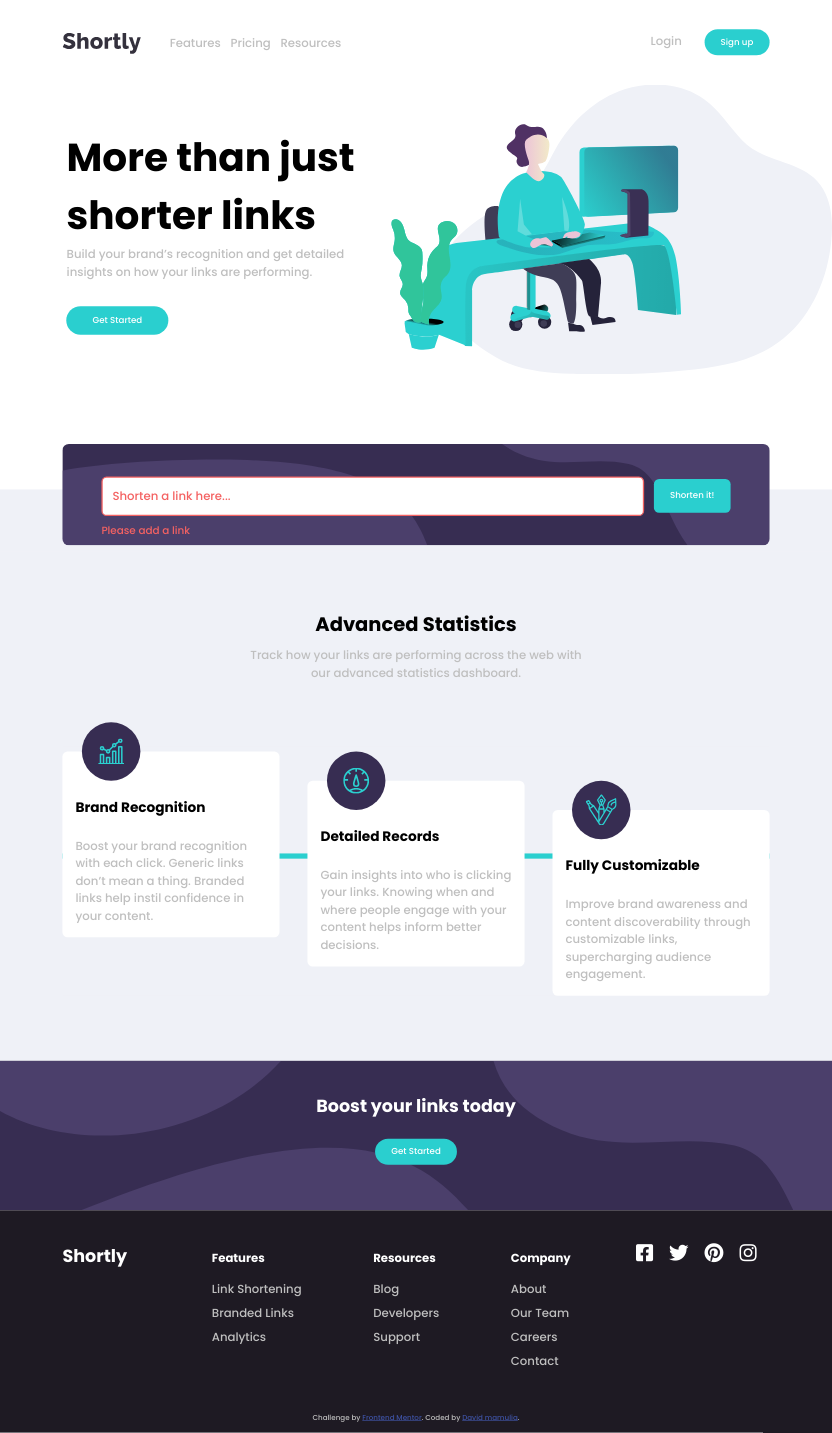
Repository: mamulini/URL-shortener
Page: index.html
These files come from the project's save history. The page is drawn as it stood at one moment and after the next save; the edit follows.
The browser window is 1280 px wide. The pictures show the whole page, at 65% of full size.
Some web libraries are served in a nearby version. The style sheet was rebuilt from its Sass, Less or Tailwind sources for each picture, by a compiler version that may differ from the author's.

Above is the page before, as saved 2020-04-18 14:03:40.

### index.html
<!DOCTYPE html>
<html lang="en">
<head>
  <meta charset="UTF-8">
  <meta name="viewport" content="width=device-width, initial-scale=1.0"> <!-- displays site properly based on user's device -->

  <link rel="icon" type="image/png" sizes="32x32" href="./images/favicon-32x32.png">
  <link rel="stylesheet" href="https://cdnjs.cloudflare.com/ajax/libs/font-awesome/5.13.0/css/all.min.css">
  <link rel="stylesheet" href="./sass/main.css">

  <title>Frontend Mentor | Shortly URL shortening API Challenge</title>

  <!-- Feel free to remove these styles or customise in your own stylesheet 👍 -->

</head>
<body>
  <header class="header container">
    <a href="/" class="header__logo"><img src="./images/logo.svg" alt="logo">
    </a>
    <nav class="nav">
      <ul class="nav__menu">
        <li class="nav__item"><a class="nav__link" href="#">Features</a></li>
        <li class="nav__item"><a class="nav__link" href="#">Pricing</a></li>
        <li class="nav__item"><a class="nav__link" href="#">Resources</a></li>
      </ul>
    </nav>
    <div class="user">
      <a class="user__login" href="#" >Login</a>
      <button class="user__sign-up btn--blue" type="button">Sign up</button>
    </div>

  </header>
  <main class="main">
    <div class="intro">
      <div class="intro__description">
        <h1 class="intro__title">More than just shorter links</h1>
        <p class="intro__subtitle">Build your brand’s recognition and get detailed <br> insights
          on how your links are performing.</p>
        <button class="intro__btn btn--blue">Get Started</button>

      </div>
      <div class="intro__img">
        <img src="./images/illustration-working.svg" alt="image">
      </div>
    </div>
    <div class="shorten ">
      <div class="shorten__handler container">
        <form class="shorten__form">
          <input class="shorten__input" type="url" pattern="https://.*" value="" placeholder="Shorten a link here...">
          <button class="shorten__btn btn--blue" type="button">Shorten it!</button>

        </form>
        <p class="shorten__subtitle">Please add a link</p>
      </div>
      <div class="shorten__links container"></div>
    </div>
    <div class="statistics ">
      <h2 class="statistics__title">Advanced Statistics</h2>
      <p class="statistics__subtitle">Track how your links are performing across the web with our
        advanced statistics dashboard.</p>
      <div class="blocks_wrapper container">
        <hr class="blocks_wrapper__line">
        <div class="block block--1">
          <div class="block__icon">
            <img src="./images/icon-brand-recognition.svg" alt="icon" >
          </div>
          <h3 class="block__title">Brand Recognition</h3>
          <p class="block__subtitle">Boost your brand recognition with each click. Generic links don’t
            mean a thing. Branded links help instil confidence in your content.</p>
        </div>
        <div class="block block--2">
          <div class="block__icon">
            <img src="./images/icon-detailed-records.svg" alt="icon" >
          </div>
          <h3 class="block__title">Detailed Records</h3>
          <p class="block__subtitle">Gain insights into who is clicking your links. Knowing when and where
            people engage with your content helps inform better decisions.</p>
        </div>
        <div class="block block--3">
          <div class="block__icon">
            <img src="./images/icon-fully-customizable.svg" alt="icon" >
          </div>
          <h3 class="block__title">Fully Customizable</h3>
          <p class="block__subtitle">Improve brand awareness and content discoverability through customizable
            links, supercharging audience engagement.</p>
        </div>

      </div>
    </div>
    <div class="link_booster">
      <h2 class="link_booster__title">Boost your links today</h2>
      <button class="link_booster__btn btn--blue">Get Started</button>
    </div>
  </main>
  <div class="footer">
    <div class="footer__wrapper container">
      <h2 class="footer__logo">Shortly</h2>
    <div class="footer__nav-wrapper">
      <h3 class="footer__nav-title">Features</h3>
      <ul class="footer__nav-list">
        <li class="footer__nav-li"><a class="footer__nav-link" href="#">Link Shortening</a></li>
        <li class="footer__nav-li"><a class="footer__nav-link" href="#">Branded Links</a></li>
        <li class="footer__nav-li"><a class="footer__nav-link" href="#">Analytics</a></li>
      </ul>
    </div>
    <div class="footer__nav-wrapper">
      <h3 class="footer__nav-title">Resources</h3>
      <ul class="footer__nav-list">
        <li class="footer__nav-li"><a class="footer__nav-link" href="#">Blog</a></li>
        <li class="footer__nav-li"><a class="footer__nav-link" href="#">Developers</a></li>
        <li class="footer__nav-li"><a class="footer__nav-link" href="#">Support</a></li>
      </ul>
    </div>
    <div class="footer__nav-wrapper">
      <h3 class="footer__nav-title">Company</h3>
      <ul class="footer__nav-list">
        <li class="footer__nav-li"><a class="footer__nav-link" href="#">About</a></li>
        <li class="footer__nav-li"><a class="footer__nav-link" href="#">Our Team</a></li>
        <li class="footer__nav-li"><a class="footer__nav-link" href="#">Careers</a></li>
        <li class="footer__nav-li"><a class="footer__nav-link" href="#">Contact</a></li>
      </ul>
    </div>
    <div class="footer__icons-wrapper">
      <a href="#"><i class="fab fa-facebook-square footer__icon"></i></a>
      <a href="#"><i  class="fab fa-twitter footer__icon"></i></a>
      <a href="#"><i class="fab fa-pinterest footer__icon"></i></a>
      <a href="#"><i class="fab fa-instagram footer__icon"></i></a>
    </div>

    </div>
    <div class="attribution">
      Challenge by <a href="https://www.frontendmentor.io?ref=challenge" target="_blank">Frontend Mentor</a>.
      Coded by <a href="#">David mamulia</a>.
    </div>
  </div>
  <script src="./js/main.js"></script>
</body>
</html>

### JS/main.js
const input = document.querySelector('.shorten__input');
const shortenBtn = document.querySelector('.shorten__btn');

input.addEventListener("focus", () => {
    input.value = "https://";
});

class ShortLinks {
    constructor(url, shortUrl){
        this.url = url;
        this.shortUrl = shortUrl;
    }

    static render(obj){
        const content = `
            <div class="shorten__genarate">
                <span class="shorten__long-link">${obj.url}</span>
                <a class="shorten__short-link" href="${obj.shortUrl}" target="_blank">${obj.shortUrl}</a>
                <button class="shorten__copy btn--blue">Copy</button>
                <span class="shorten__close"><i class="fas fa-window-close"></i></i></span >
            </div>
        `;

        document.querySelector(".shorten__links").insertAdjacentHTML("afterbegin", content);
    }
}


let storedLinks = (JSON.parse(localStorage.getItem("locaLinks")));

if (storedLinks){
    storedLinks.forEach(link => {
        ShortLinks.render(link);
    });
}else{ storedLinks = []; }



shortenBtn.addEventListener("click", () => {
    async function inputHandle(){
        const res = await fetch("https://rel.ink/api/links/", {
            method:"POST",
            body: JSON.stringify( {url: `${input.value}`} ),
            headers: { 'Content-Type': 'application/json' }
        });

        if (res.status > 200 && res.status < 400){
            const data = await res.json();

            storedLinks.push(new ShortLinks(input.value, `https://rel.ink/${data.hashid}`));
            input.value = "";

            //save to localStorage
            localStorage.setItem("locaLinks", JSON.stringify(storedLinks));

            ShortLinks.render(storedLinks[storedLinks.length - 1]);
        }else{
            document.querySelector(".shorten__subtitle").innerText = 'Link is not valid';


            setTimeout(() => {
                document.querySelector(".shorten__subtitle").innerText = 'Please add a link';

            }, 2000);
        }
    }

    inputHandle();
});


input.addEventListener("keypress", e => {
    if (e.keyCode === 13) {
        e.preventDefault();
        shortenBtn.click();
    }
  });



document.querySelector(".shorten__links").addEventListener("click", (e) => {
    if (e.target.classList.contains("fa-window-close")){
        const delUrl = e.target.parentNode;
        storedLinks = storedLinks.filter(link => link.shortUrl == delUrl);
        //save to localStorage
        localStorage.setItem("locaLinks", JSON.stringify(storedLinks));
        //disappear from DOM
        e.target.parentNode.parentNode.remove();
    }
});

document.querySelector(".shorten").addEventListener("click", (e) => {
    if (e.target.innerText == "Copy"){
        //turn all copy buttons to "Copy" again (in case of they are not)
        const copyButtons = document.querySelectorAll(".shorten__handler div button");

        for (let i = 0; i < copyButtons.length; i++){
            console.log(copyButtons[i]);
            copyButtons[i].style.backgroundColor = "hsl(180, 66%, 49%)";
            copyButtons[i].innerText = "Copy";
        }

        e.target.style.backgroundColor = "hsl(257, 27%, 26%)";
        e.target.innerText = "Copied!";

        //copy shorten link to keyboard
        const copy = e.target.previousElementSibling.innerHTML;
        const input = document.createElement('textarea');
        document.body.appendChild(input);
        input.value = copy;
        input.select();
        document.execCommand('Copy');
        input.remove();
    }
});

### sass/main.scss
@import url('https://fonts.googleapis.com/css2?family=Poppins:wght@500;700&display=swap');

// colors
$text_gray: hsl(0, 0%, 75%);
$cyan_btn:  hsl(180, 66%, 49%);
$dark_bg : #372d52;
$dark_blue: #1e1a23;
$red : hsl(0, 87%, 67%);
$light_bg: #eff1f7;

* {
    padding: 0;
    margin: 0;
    box-sizing: border-box;
}

body{
    font-size: 18px;
    font-family: 'poppins', sans-serif;
    font-weight: 500;

}

img {
    max-width: 100%;
}

.container {
    max-width: 85%;
    margin: 0 auto;
    @media screen and (max-width: 880px) {
        max-width: 95%;
    }
}

.header {
    margin-top: 40px;
    margin-bottom: 40px;
    display: flex;
    justify-content: flex-start;
    align-items: center;
    &__logo{
        flex: 0 0 25%;
        max-width: 150px;
        margin-top: 10px;
    }
}

.nav{
    flex: 0 0 25%;
    &__menu{
        display: flex;
        justify-content: space-between;
        list-style: none;

    }

    &__item{
        margin-left: 15px;
    }

    &__link{
        text-decoration: none;
        color: $text_gray;
        &:hover{
            color: #000000;
        }
    }
}

.user{
    flex: 1;
    text-align: right;


    &__login{
        color: $text_gray;
        margin-right: 30px;
        text-decoration: none;
        &:hover{
            color: #000000;
        }
    }
}

.btn--blue{
    padding: 10px 25px;
    border: none;
    cursor: pointer;
    display: inline-block;
    border-radius: 50px;
    background: $cyan_btn;
    outline: none;
    color: #ffffff;
    font-family: 'poppins', sans-serif;
    font-weight: 500;

    &:hover{
        opacity: .5;
    }

    &:active{
        transform: scale(0.90);
    }
}

.intro{
    display: flex;
    justify-content: space-between;

    &__description{
        display: flex;
        flex-direction: column;
        justify-content: center;
        align-items: flex-start;
        max-width: 500px;
        margin-left: 8%;
    }

    &__title {
        font-size: 60px;
    }

    &__subtitle {
        text-align-last: left;
        color: $text_gray;
    }

    &__btn{
        margin-top: 40px;
        padding: 12px 40px;
    }
}

.shorten{
    background: $light_bg;
    margin-top: 170px;

    &__handler{
        background-image: url('../images/bg-shorten-desktop.svg');
        background-position: center;
        background-size: cover;
        background-color: $dark_bg;
        border-radius: 10px;
        position: relative;
        top: -70px;
        margin-bottom: -60px;
    }

    &__form{
        display: flex;
        justify-content: space-between;
        align-items: center;
        padding: 50px 60px 0 60px;
        flex-wrap: wrap;
    }

    &__subtitle{
        padding:10px 60px ;
        font-size: 16px;
        color: $red;
    }

    &__input{
        flex: 1;
        padding: 15px;
        border-radius: 8px;
        margin-right: 15px;
        font-family:'poppins', sans-serif;
        border: 2px solid $red;
        outline: none;
        font-size: 18px;
         &::placeholder{
            color: $red;
         }
    }

    &__btn{
        border-radius: 8px;
        padding-top: 15px;
        padding-bottom: 17px;
    }

    &__subtitle{
        align-self: flex-end;
    }

    &__links{
        background: $light_bg;
    }



    &__genarate{
        list-style: none;
        display: flex;
        justify-content: space-between;
        align-items: center;
        background: #ffffff;
        border-radius: 8px;
        padding: 15px;
        margin-top: 20px;
    }

    &__long-link{
        flex: 1;
        overflow: hidden;
    }

    &__short-link{
        padding: 15px;
        color: $cyan_btn;
    }

    &__copy{
        margin-right: 10px;
        border-radius: 8px;
        padding: 8px 15px;
    }

    &__close{
        cursor: pointer;
    }
}

.statistics{
    background: $light_bg;
    text-align: center;
    padding-top: 90px;
    padding-bottom: 100px;


    &__title {
        font-size: 30px;
    }
    &__subtitle{
        max-width: 520px;
        margin: 10px auto;
        color: $text_gray;
    }
}

.blocks_wrapper {
    display: flex;
    justify-content: space-between;
    flex-wrap: wrap;
    background: $light_bg;
    margin-top: 100px;
}

.block{
    flex: 0 0 calc(33% - 25px);
    background: #ffffff;
    height: 30%;
    text-align: left;
    border-radius: 8px;
    z-index: 1;


    &--2{
        margin-top: 45px;
    }
    &--3{
        margin-top: 90px;
    }
    &__icon{
        background: $dark_bg ;
        padding: 20px;
        border-radius: 100%;
        display: inline-block;
        width: 90px;
        height: 90px;
        display: flex;
        justify-content: center;
        align-items: center;
        margin-left: 30px;
        transform:translateY(-45px);
    }
    &__title{
        padding:0 30px 30px 20px;
        margin-top: -20px;
    }
    &__subtitle{
        padding: 0 20px 20px;
        line-height: 1.5;
        color: $text_gray;
    }
}

.blocks_wrapper__line{
    border: 4px solid $cyan_btn;
    transform:translateY(165px);
    position: relative;
    flex: 100%;

}

.link_booster{
    text-align: center;
    background: $dark_bg url('../images/bg-boost-desktop.svg') no-repeat center;
    // background-size: cover;
    height: 230px;

    &__title{
        color: #ffffff;
        padding-top: 50px;
    }
    &__btn{
        margin-top: 30px;
        &:hover{
            opacity: .7;
        }
    }
}


.footer{
    background: $dark_blue;
    &__wrapper{
        padding-top: 50px;
        display: flex;
        justify-content: space-between;


    }

    &__logo {
        color: #ffffff;
        padding-right: 30px;

    }

    &__nav-wrapper{
        margin-bottom: 40px;
        padding: 10px;
    }

    &__nav-list{
        list-style: none;

    }

    &__nav-li {
        padding-top: 10px;
    }

    &__nav-title{
        color: #ffffff;
        padding-bottom: 10px;
        font-size: 18px;

    }

    &__nav-link{
        text-decoration: none;
        color: $text_gray;
        margin-top: 30px;
        &:hover{
            color: $cyan_btn;
        }
    }

    &__icon{
        color: #ffffff;
        padding-right: 20px;
        font-size: 30px;
        &:hover{
            color: $cyan_btn;
        }
    }
}

.attribution { font-size: 11px; text-align: center; color: $text_gray; padding: 15px; }
.attribution a { color: hsl(228, 45%, 44%); }

After the next save:
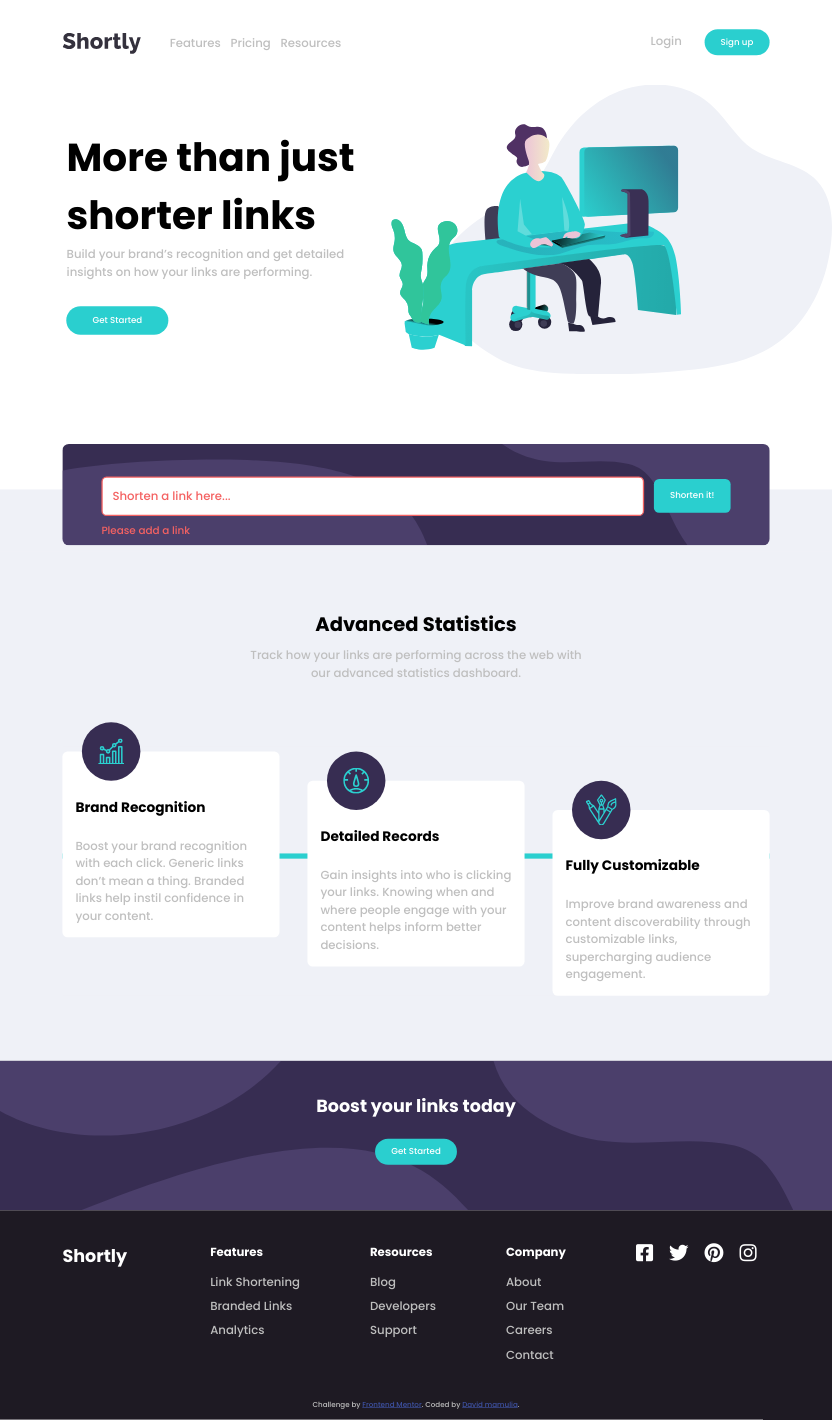
Saved 24 s later.
--- a/sass/main.scss
+++ b/sass/main.scss
@@ -332,7 +332,7 @@ img {
 
     &__nav-wrapper{
         margin-bottom: 40px;
-        padding: 10px;
+        padding-right: 10px;
     }
 
     &__nav-list{
